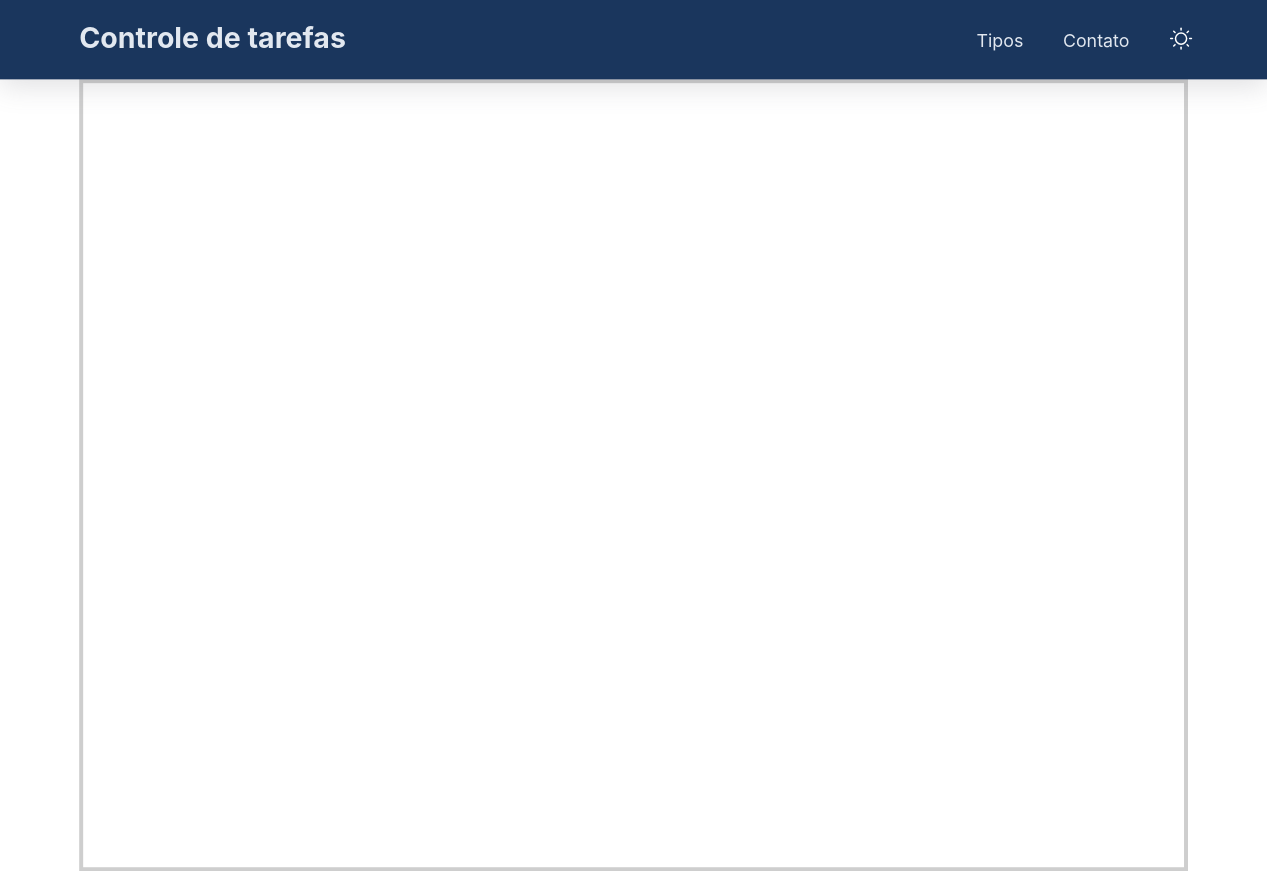
Repository: leosulzbach/Hackaton-Relampago
Page: /tipos (app in Front/)
An editor plug-in stored every save of this project. The page is shown before and after the next save, followed by the edit.
The browser window is 1280 px wide. The pictures show the whole page, at 99% of full size.
The page's requests for data from a server got no answer. The project was rebuilt for these pictures with package versions that can differ from the ones it lists, and the page was loaded fresh each time. No one was signed in, and anything a server would have sent is missing. Also part of the build but not shown: Front/vite.config.ts, Front/src/Components/Cards/CadInfo.styles.ts, Front/src/Components/Cards/CardInfo.tsx, Front/src/Components/Cards/Cards.styles.ts, Front/src/Components/Cards/Card.tsx, Front/src/Pages/home.tsx.

Above is the page before, as saved 2022-11-07 16:51:02.

### Front/src/App.tsx
import { ChakraProvider, theme } from "@chakra-ui/react"
import { BrowserRouter } from "react-router-dom"
import { Router } from "./Routes/Router"



function App() {
  return(
    <ChakraProvider theme={theme}>
    <BrowserRouter>
      <Router />
    </BrowserRouter>
  </ChakraProvider>
  )
}

export default App

### Front/src/Routes/Router.tsx
import { Routes, Route } from "react-router-dom";
import { Home } from "../Pages/home";
import { Tipos } from "../Pages/tipos";


export function Router() {
  return (
    <Routes>
      <Route path="/home" element={<Home />} />
      <Route path="/tipos" element={<Tipos />} />
     </Routes>
  );
}

### Front/src/Pages/tipos.tsx
import { Box, Button, Flex, Grid, Text } from '@chakra-ui/react'
import axios from 'axios';
import { CalendarPlus } from 'phosphor-react';
import { useEffect, useState } from 'react';
import { Card } from '../Components/Cards/Card';
import { Header } from '../Components/Header'


export interface Cadastro {
    id: number;
    descricao: string;
    situacao: string;
    data_vencimento: string;
    prioridade: string;
    email?: string

}

export const Tipos = () => {

    const [CadastroList, setCadastroList] = useState<Cadastro[]>([]);



    useEffect(() => {
        axios.get<Cadastro[]>("http://localhost:3000/tipos").then((response) => {
            setCadastroList(response.data);
        });
    }, []);

        console.log(CadastroList)



    return (
        <Flex>
            <Header />
            <Flex
            w={'100%'}
            align={"center"}

            >
                <Box
             mt={"5rem"}
            ml={"5rem"}
            mr={"5rem"}
            border={"4px solid #cecece"}
            w={'90%'}
            h={'800px'}>
            </Box>
            </Flex>


           </Flex>

    )

}

### Front/src/Components/Header.tsx
import { Box, Flex, Input, Link, Text } from "@chakra-ui/react";
import { Sun } from "phosphor-react";



export const Header = () => {
    return (
        <Flex

            as="header"
            w="100%"
            h="20"
            justify="space-between"

            borderBottomWidth={1}
            borderColor="blue.900"
            bg="blue.900"
            position={"fixed"}
            boxShadow="rgba(100, 100, 111, 0.2) 0px 7px 29px 0px"
        >
            <Flex
                p="1rem"
                justify="flex-start"
                ml="4rem"
            >
                <Text
                    fontSize="1.8rem"
                    fontWeight="bold"
                    color="gray.200"
                >
                    Controle de tarefas
                </Text>
            </Flex>
            <Flex
                p="1.7rem"
                mr="3rem"
                justify="flex-end"
                gap={10}
            >

                <Link

                    href="/tipos"
                    color="gray.200"
                    fontSize={18}
                    _hover={{
                        borderBottom: '4px solid  blue', transition: 'all 0.3s ease-out', transform: 'translate(-11px, 0px)'
                    }}
                >
                    Tipos
                </Link>
                <Link
                    href="/contato"
                    color="gray.200"
                    fontSize={18}
                    _hover={{
                        borderBottom: '4px solid  blue', transition: 'all 0.3s ease-out', transform: 'translate(-11px, 0px)'
                    }}

                >
                    Contato
                </Link>
                <Sun size={24} color={"white"} />
            </Flex>



        </Flex>
    );
}

Loaded but not shown: Front/index.html (common file); Front/src/main.tsx (common file)

After the next save:
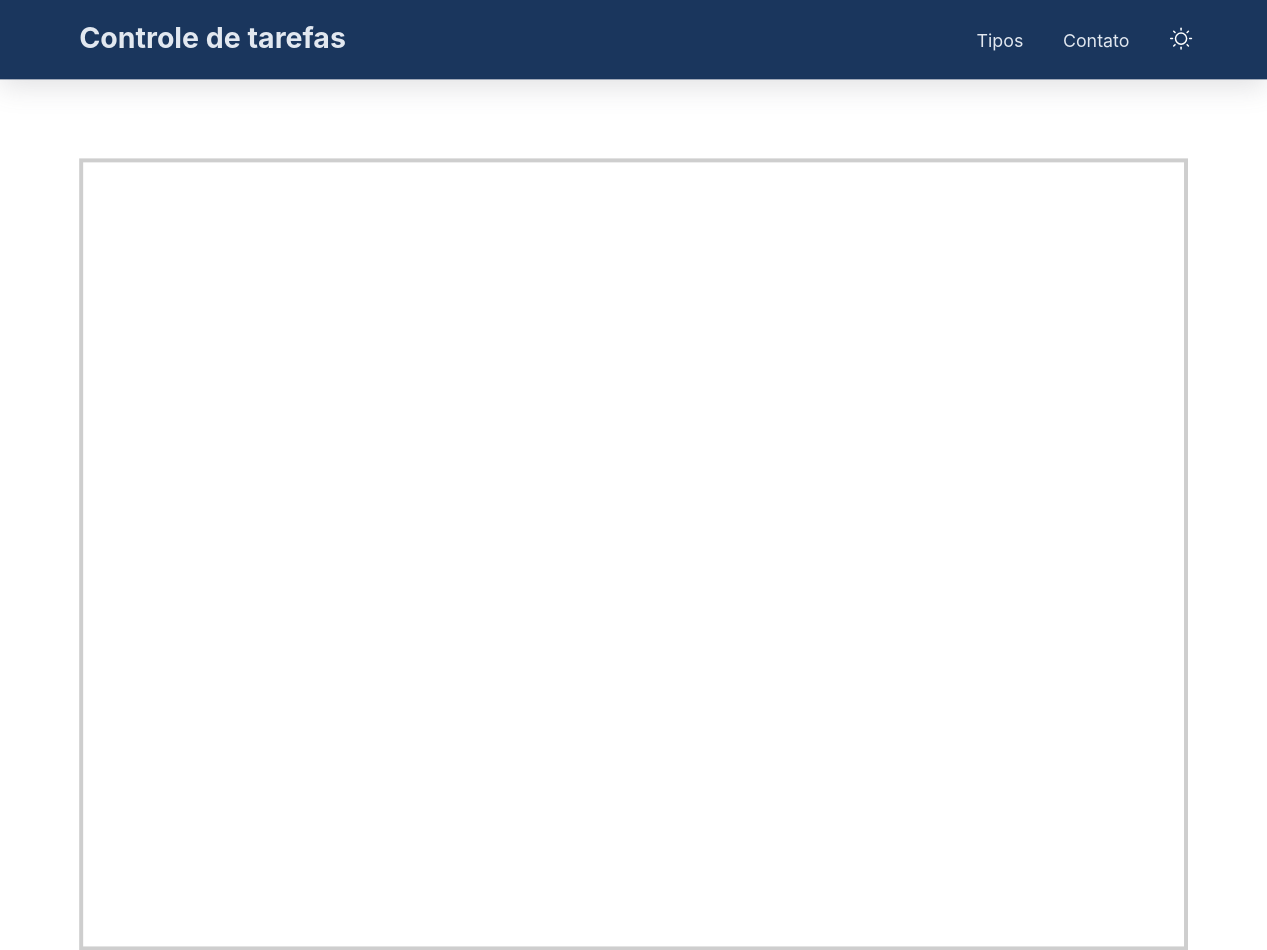
Saved 6 s later.
--- a/Front/src/Pages/tipos.tsx
+++ b/Front/src/Pages/tipos.tsx
@@ -41,7 +41,7 @@ export const Tipos = () => {
 
             >
                 <Box
-             mt={"5rem"}
+             mt={"10rem"}
             ml={"5rem"}
             mr={"5rem"}
             border={"4px solid #cecece"}
